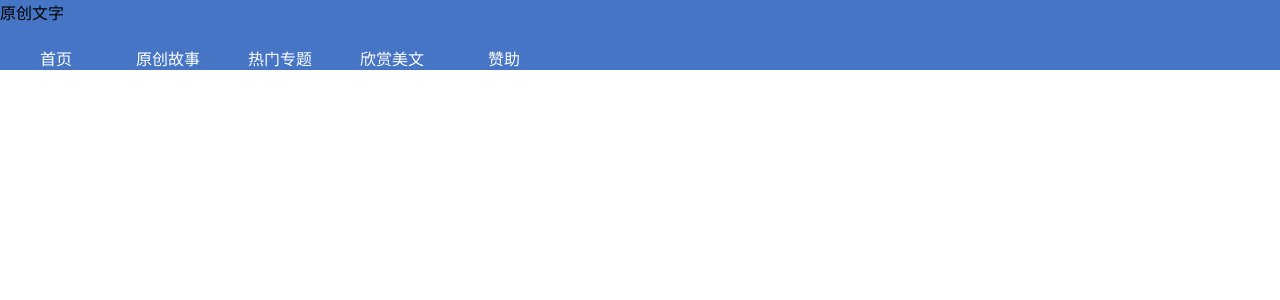
Repository: equation-zheng/Article
Page: http://localhost/Idles/
The author's editor kept a copy of each file at every save. The page is drawn from the files as they stood at one save, then again after the next save.
The browser window is 1280 px wide. The pictures show the whole page.
The page is served by Tomcat 9. Other server files are loaded and not shown.

Above is the page before, as saved 2017-12-05 08:49:53.

### Service/apache-tomcat-7.0.82/Idles/WebContent/index.jsp
<?xml version="1.0" encoding="UTF-8" ?>
<%@ page language="java" contentType="text/html; charset=UTF-8"
    pageEncoding="UTF-8"%>
<!DOCTYPE html PUBLIC "-//W3C//DTD XHTML 1.0 Transitional//EN" "http://www.w3.org/TR/xhtml1/DTD/xhtml1-transitional.dtd">
<html xmlns="http://www.w3.org/1999/xhtml">
<head>
<meta http-equiv="Content-Type" content="text/html; charset=UTF-8" />
<title>首页</title>
</head>
<style>
	*{
		margin: 0;
		padding: 0;
	}
	.header{
		height: 70px;
		background: #4575C4;
	}
	.header ul li {
		float: left;
		color: #fff;
		display: inline-block;
		width: 112px;
		heihgt: 72px;
		text-align: center;
		line-height: 72px;

	}
	.header ul li:hover {
		background: #fff;
	}

</style>
<body>
	<div class="header">
	<div class='logo'>原创文字</div>
		<ul>
			<li class='first'>首页</li>
			<li>原创故事</li>
			<li>热门专题</li>
			<li>欣赏美文</li>
			<li>赞助</li>
		</ul>
	</div>
</body>
</html>

After the next save:
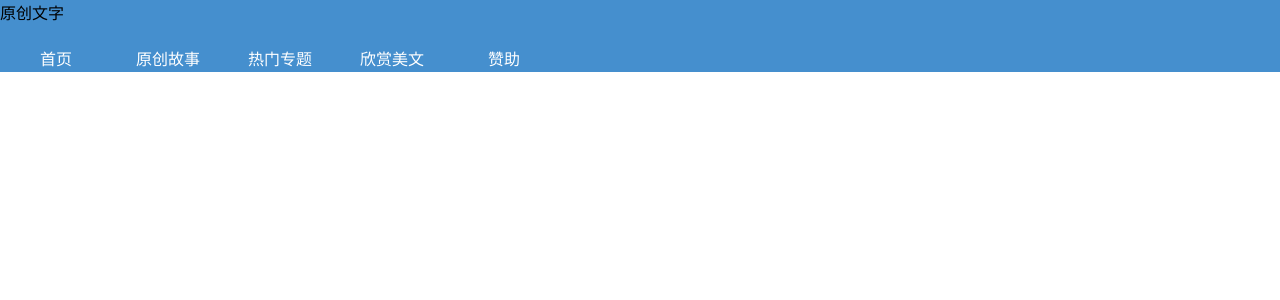
Saved 44 s later.
--- a/Service/apache-tomcat-7.0.82/Idles/WebContent/index.jsp
+++ b/Service/apache-tomcat-7.0.82/Idles/WebContent/index.jsp
@@ -13,8 +13,8 @@
 		padding: 0;
 	}
 	.header{
-		height: 70px;
-		background: #4575C4;
+		height: 72px;
+		background: #458fce;
 	}
 	.header ul li {
 		float: left;
